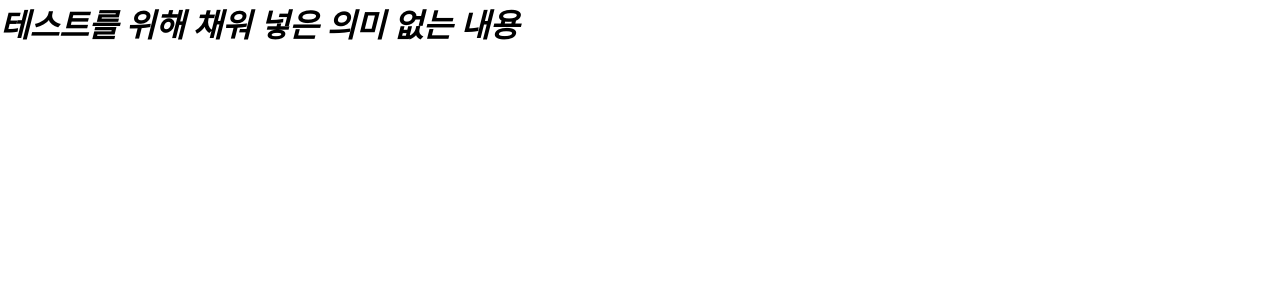
Repository: Axing00/SCSS
Page: test/index.html
These files come from the project's save history. The page is drawn as it stood at one moment and after the next save; the edit follows.
The browser window is 1280 px wide. The pictures show the whole page.
The style sheet was rebuilt from its Sass, Less or Tailwind sources for each picture, by a compiler version that may differ from the author's.

Above is the page before, as saved 2023-03-20 11:37:57.

After the next save:
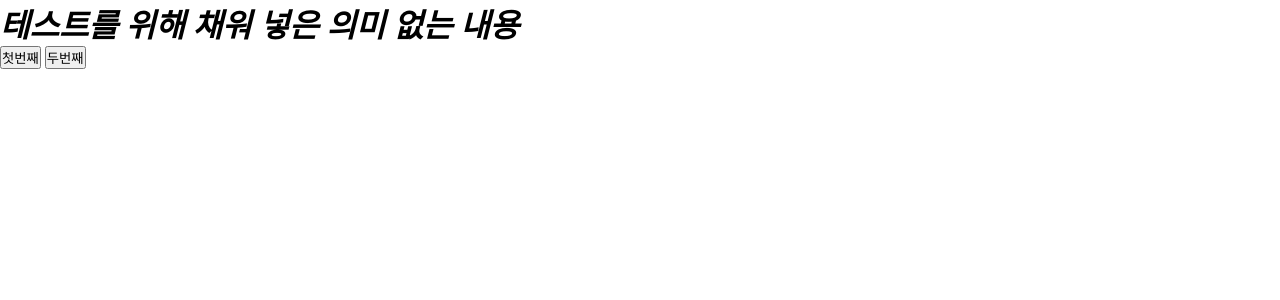
Saved 35 s later.
--- a/test/index.html
+++ b/test/index.html
@@ -11,6 +11,9 @@
 
 <body>
 	<p>테스트를 위해 채워 넣은 의미 없는 내용</p>
+
+	<button class="first-btn">첫번째</button>
+	<button class="second-btn">두번째</button>
 </body>
 
 </html>
